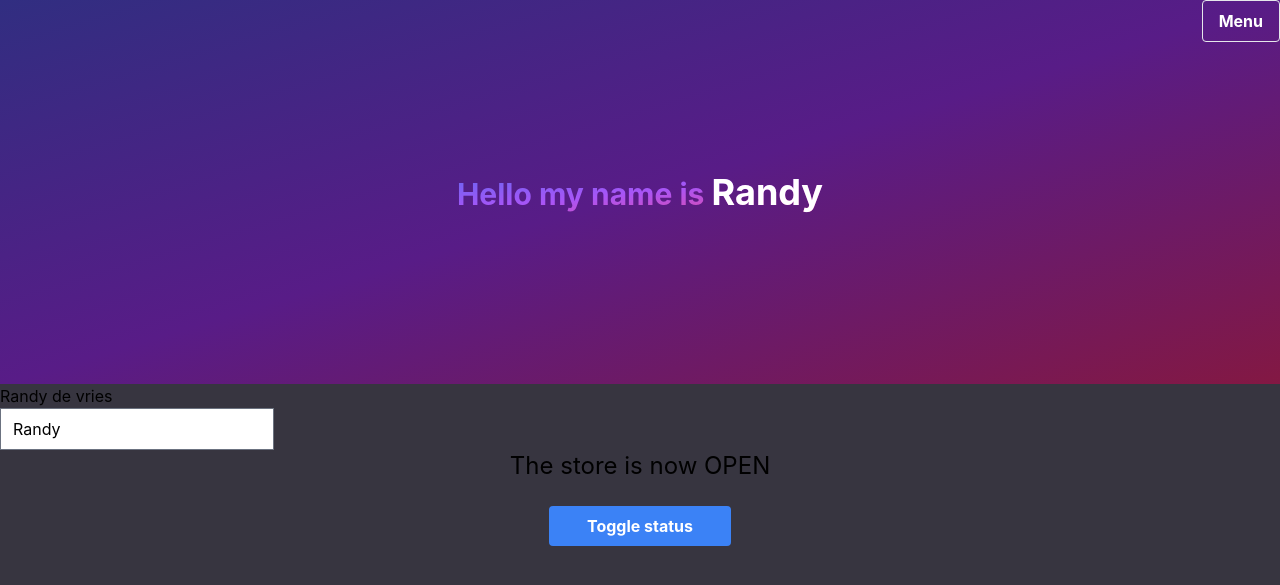
Repository: Freezler/az-900_svelte5
Page: /
These files come from the project's save history. The page is drawn as it stood at one moment and after the next save; the edit follows.
The browser window is 1280 px wide. The pictures show the whole page.
The project was rebuilt for these pictures with package versions that can differ from the ones it lists, and the page was loaded fresh each time. The framework's server and built-in components were replaced by stand-ins that run in the browser. Also part of the build but not shown: vite.config.ts.

Above is the page before, as saved 2024-11-02 13:33:53.

### src/routes/+page.svelte
<script lang="ts">
	import Header from './Header.svelte';
	import Popover from '../components/Popover.svelte';
	let name = $state('Randy');
	let status: 'OPEN' | 'CLOSED' = $state('OPEN');
	let full_name = $derived(name + ' ' + 'de vries');

	function toggle() {
		status = status === 'OPEN' ? 'CLOSED' : 'OPEN';
	}

	// function onclick() {
	// 	status = status === 'OPEN' ? 'CLOSED' : 'OPEN';
	// }
</script>

<Header {name} />

<Popover />

<p>{full_name}</p>

<input bind:value={name} />
<div class="grid place-items-center gap-6">
	<p class="text-2xl">The store is now {status}</p>
	<!-- <button on:click={toggle}>toggle status</button> -->
	<button
		class=" w-[182px] rounded bg-blue-500 px-4 py-2 font-bold text-white hover:bg-blue-700 active:scale-[.98]"
		type="button"
		onclick={toggle}>Toggle status</button
	>
</div>

### src/app.css
@tailwind base;
@tailwind components;
@tailwind utilities;

* {
  margin: 0;
  padding: 0;
  box-sizing: border-box;
}

body {
  background-color: hsl(252, 9%, 23%);
  font-family: -apple-system, BlinkMacSystemFont, 'Segoe UI', 'Roboto', 'Oxygen',
    'Ubuntu', 'Cantarell', 'Fira Sans', 'Droid Sans', 'Helvetica Neue',
    sans-serif;
  -webkit-font-smoothing: antialiased;
  -moz-osx-font-smoothing: grayscale;

  user-select: none;
}

### src/routes/Header.svelte
<script lang="ts">
	let { name }: { name: string } = $props();
</script>

<div
	class="grid h-96 place-items-center bg-gradient-to-br from-indigo-900 via-purple-900 to-pink-900"
>
	<h1
		class="bg-gradient-to-br from-indigo-500 via-purple-500 to-pink-500 bg-clip-text text-3xl font-bold text-transparent"
	>
		Hello my name is <span class="text-4xl text-white">{name}</span>
	</h1>
</div>

### src/components/Popover.svelte
<script lang="ts">
	import { fly } from 'svelte/transition';
	let isMenuOpen = false;

	function toggle() {
		isMenuOpen = !isMenuOpen;
	}
</script>

<button
	on:click={toggle}
	tabindex="0"
	class="absolute right-0 top-0 rounded border px-4 py-2 font-bold text-white hover:bg-blue-700"
>
	Menu
</button>

{#if isMenuOpen}
	<div
		class="fixed bottom-0 left-0 mt-auto h-[332px] w-full bg-white text-center"
		id=""
		in:fly={{ duration: 600, delay: 200 , y: 300 }}
		out:fly={{ duration: 600, delay: 200, y: 300 }}
	>
		<ul class="flex h-full w-full flex-col place-items-center items-center justify-center gap-4">
			<li class="hover:underline" tabindex="0">HOME</li>
			<li>ABOUT ME</li>
			<li>PROJECTS</li>
			<li>CONTACT</li>
		</ul>
	</div>
{/if}

### tailwind.config.ts
import aspectRatio from '@tailwindcss/aspect-ratio';
import containerQueries from '@tailwindcss/container-queries';
import forms from '@tailwindcss/forms';
import typography from '@tailwindcss/typography';
import type { Config } from 'tailwindcss';

export default {
	content: ['./src/**/*.{html,js,svelte,ts}'],
	corePlugins: {
		preflight: true,
	},

	theme: {
		extend: {
			animation: {



			},

			keyframes: {

			}

		}
	},

	plugins: [typography, forms, containerQueries, aspectRatio]
} satisfies Config;

Loaded but not shown: src/app.html (common file); src/routes/+layout.svelte (common file)

After the next save:
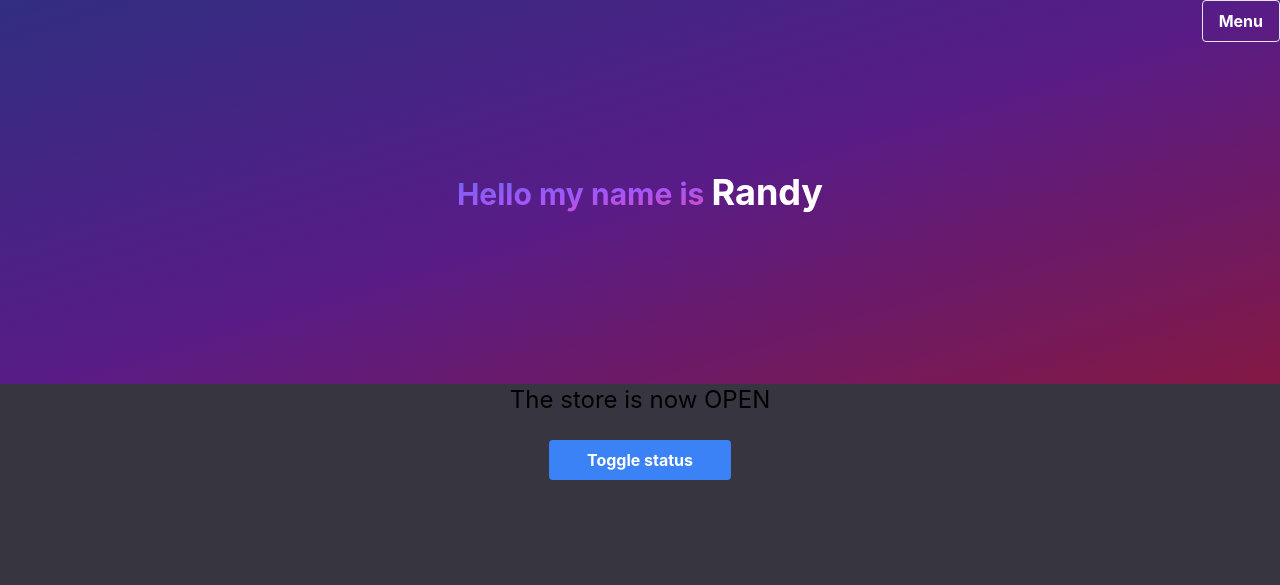
Saved 20 s later.
--- a/src/routes/+page.svelte
+++ b/src/routes/+page.svelte
@@ -18,9 +18,7 @@
 
 <Popover />
 
-<p>{full_name}</p>
 
-<input bind:value={name} />
 <div class="grid place-items-center gap-6">
 	<p class="text-2xl">The store is now {status}</p>
 	<!-- <button on:click={toggle}>toggle status</button> -->
